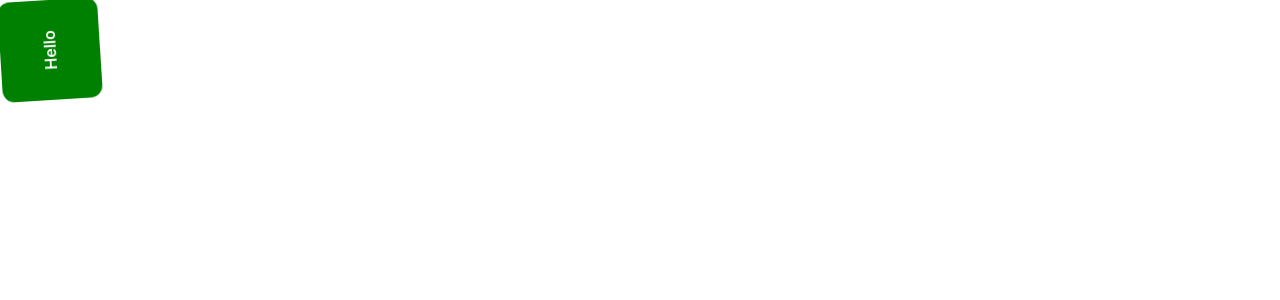
Repository: jr-frazier/visx-test
Page: /svg/1/Square
These files come from the project's save history. The page is drawn as it stood at one moment and after the next save; the edit follows.
The browser window is 1280 px wide. The pictures show the whole page.
The project was rebuilt for these pictures with package versions that can differ from the ones it lists, and the page was loaded fresh each time. The framework's server and built-in components were replaced by stand-ins that run in the browser. Also part of the build but not shown: next.config.js.

Above is the page before, as saved 2022-05-09 06:46:11.

After the next save:
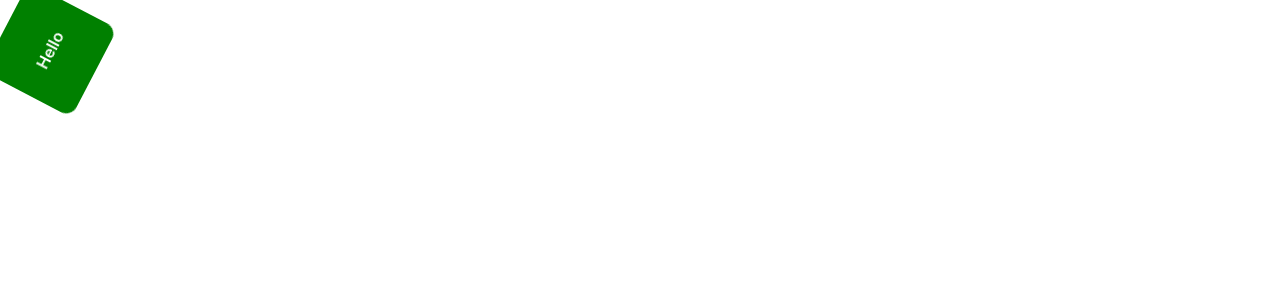
Saved 11 s later.
--- a/pages/svg/1/Square.tsx
+++ b/pages/svg/1/Square.tsx
@@ -27,7 +27,7 @@ export default function Squares({ squares }: { squares: number }) {
         gsap.timeline({ repeat: -1})
         .to(q(".box"), {
             rotation: 360,
-            duration: 2,
+            duration: 3,
             ease: 'linear',
         })
 
